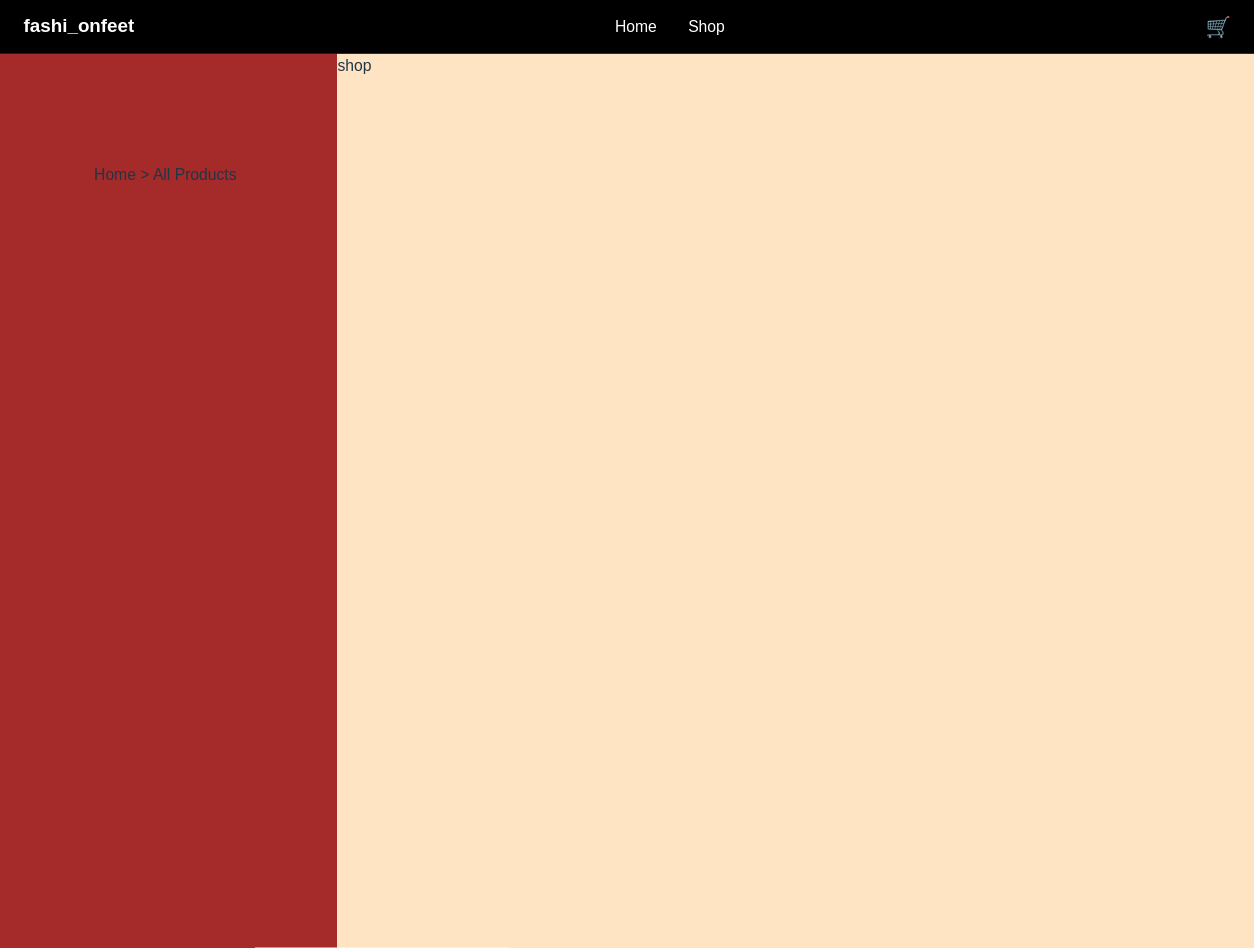
Repository: EphrahimLaanyu123/fashi_onfeet
Page: /shop
These files come from the project's save history. The page is drawn as it stood at one moment and after the next save; the edit follows.
The browser window is 1280 px wide. The pictures show the whole page, at 98% of full size.
The project was rebuilt for these pictures with package versions that can differ from the ones it lists, and the page was loaded fresh each time. Also part of the build but not shown: vite.config.js, src/Home/Home.jsx, src/Home/components/Products.css, src/Home/components/Products.jsx, src/Shop/components/supabaseClient.js, src/Shop/components/AddForm.css, src/Shop/components/AddProductForm.jsx.

Above is the page before, as saved 2025-04-18 20:40:23.

After the next save:
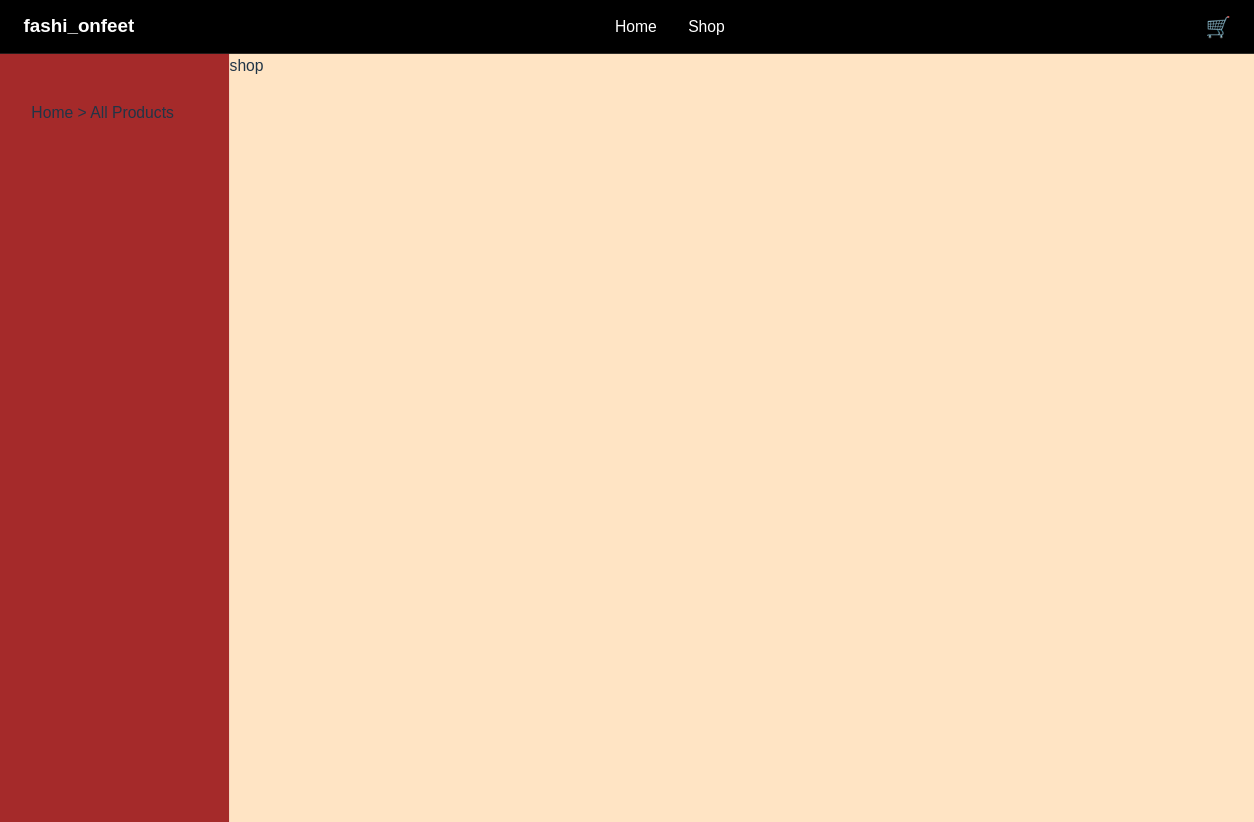
Saved 8 s later.
--- a/src/Shop/Shop.css
+++ b/src/Shop/Shop.css
@@ -17,7 +17,7 @@ body, html {
     width: 14%;
     min-height: 100vh;
     background-color: brown;
-    padding: 6rem;
+    padding: 2rem;
 }
 
 .products-page {
